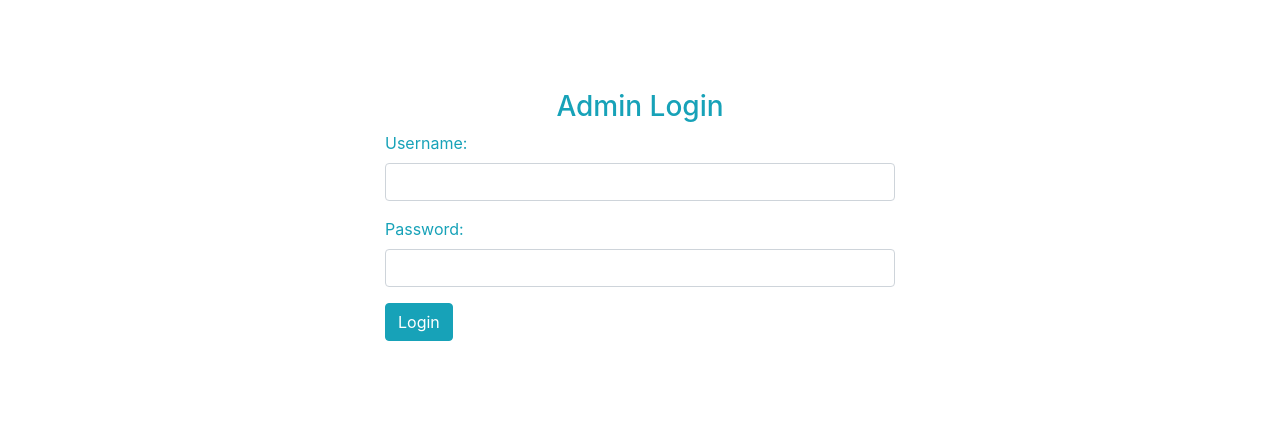
Repository: sindurup/Phase2Project
Page: http://localhost/LearnersAcademyPro/Login.jsp
The author's editor kept a copy of each file at every save. The page is drawn from the files as they stood at one save, then again after the next save.
The browser window is 1280 px wide. The pictures show the whole page.
The page is served by Tomcat 9. Other server files are loaded and not shown.

Above is the page before, as saved 2021-09-28 06:33:11.

### LearnersAcademyPro/src/main/webapp/Login.jsp
<%@ page language="java" contentType="text/html; charset=ISO-8859-1"
    pageEncoding="ISO-8859-1"%>
<!DOCTYPE html>
<html>
<link href="//maxcdn.bootstrapcdn.com/bootstrap/4.1.1/css/bootstrap.min.css" rel="stylesheet" id="bootstrap-css">

<head>
<meta charset="ISO-8859-1">
<script type="text/javascript">
function required()
{
	var uname=document.login.username.value;
	var pw=document.login.password.value;

  if (uname == "")
   {
      alert("Please enter user name");
      document.login.username.focus();
      return false;
   }
  else if(pw == "")
  {
     alert("Please enter password");
     document.login.password.focus();
      return false;
   }
  else if ((uname.length<5)||(uname.length>15))
  {
     alert("Username of invalid length");
     document.login.username.focus();
     return false;
  }
  else if ((pw.length<7)||(pw.length>15))
  {
     alert("Password length should be 7 to 15 digits");
     document.login.password.focus();
     return false;
  }
  else
	  {
        return true;
	  }




 }


</script>
<title>Learners Academy</title>
</head>
<body>
    <div id="login">
        <h3 class="text-center text-white pt-5">Login form</h3>
        <div class="container">
            <div id="login-row" class="row justify-content-center align-items-center">
                <div id="login-column" class="col-md-6">
                    <div id="login-box" class="col-md-12">
                        <form id="login" name="login" class="form" action="login" method="post" onSubmit="return required();" >
                            <h3 class="text-center text-info">Admin Login</h3>
                            <div class="form-group">
                                <label for="username" class="text-info">Username:</label><br>
                                <input type="text" name="username" id="username" class="form-control">
                            </div>
                            <div class="form-group">
                                <label for="password" class="text-info">Password:</label><br>
                                <input type="password" name="password" id="password" class="form-control">
                            </div>
                            <div class="form-group">

                                <input type="submit" name="Login" class="btn btn-info btn-md" value="Login" onClick="return required();">
                            </div>

                        </form>
                    </div>
                </div>
            </div>
        </div>
    </div>
</body>
</html>

After the next save:
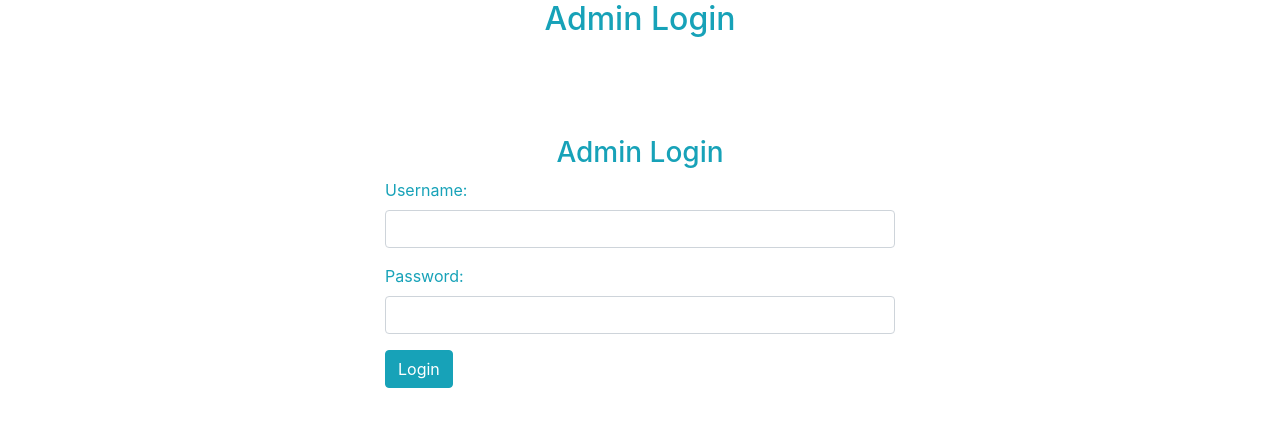
Saved 116 s later.
--- a/LearnersAcademyPro/src/main/webapp/Login.jsp
+++ b/LearnersAcademyPro/src/main/webapp/Login.jsp
@@ -51,6 +51,8 @@ function required()
 <title>Learners Academy</title>
 </head>
 <body>
+
+ <h2 class="text-center text-info">Admin Login</h3>
     <div id="login">
         <h3 class="text-center text-white pt-5">Login form</h3>
         <div class="container">
